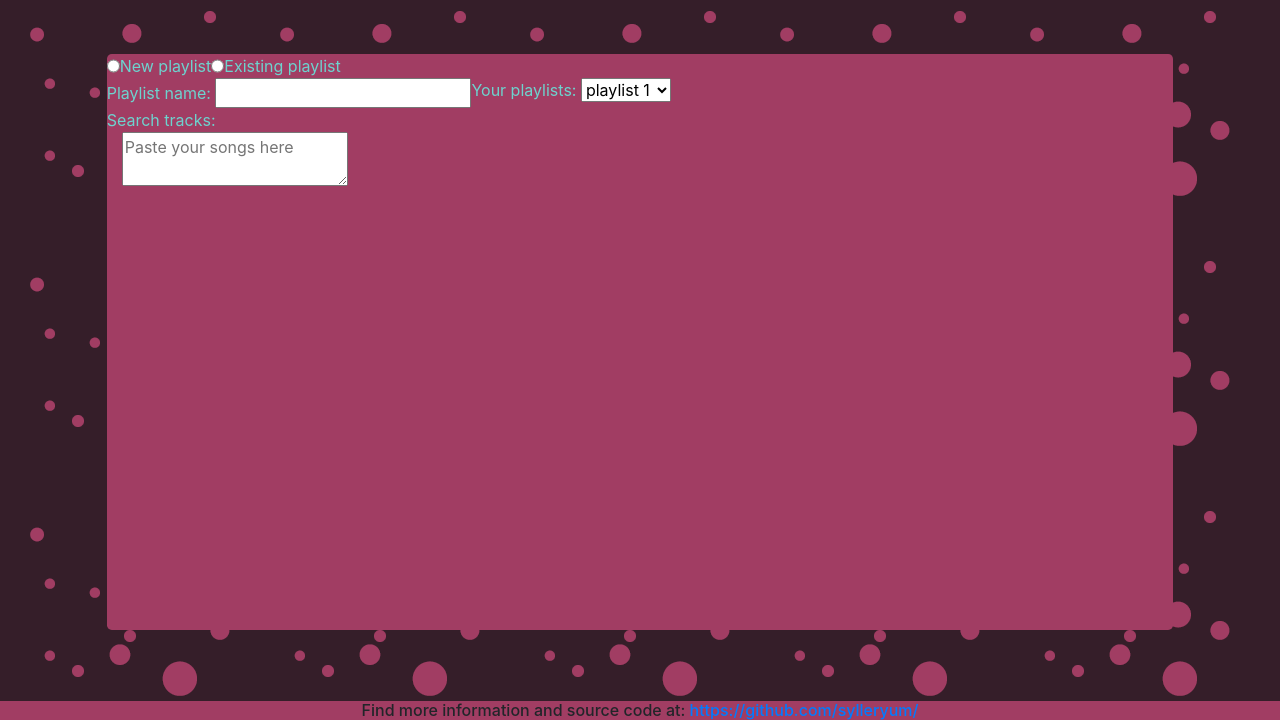
Repository: sylleryum/Frontend
Page: GetTopTracks/index.html
An editor plug-in stored every save of this project. The page is shown before and after a run of saves, followed by the edit.
The browser window is 1280 px wide. The pictures show the whole page.

Above is the page before, as saved 2019-10-13 16:00:21.

### GetTopTracks/index.html
<!doctype html>
<html lang="en">

<head>
     <title>Get top tracks from Artists and albums</title>
     <!-- Required meta tags -->
     <meta charset="utf-8">
     <meta name="viewport" content="width=device-width, initial-scale=1, shrink-to-fit=no">

     <!-- Bootstrap CSS -->
     <link rel="stylesheet" href="https://stackpath.bootstrapcdn.com/bootstrap/4.3.1/css/bootstrap.min.css"
          integrity="sha384-ggOyR0iXCbMQv3Xipma34MD+dH/1fQ784/j6cY/iJTQUOhcWr7x9JvoRxT2MZw1T" crossorigin="anonymous">

     <!-- main CSS-->
     <link rel="stylesheet" href="style.css">

</head>

<body class="background-master">

     <div class="container-fluid h-95">
          <div class="row align-items-center justify-content-center h-95">
               <div class="h-80 col col-md-10 bg-4 text-1 rounded-lg overflow-auto" id="internal-container">
                    <div class="row main-select">
                         <input type="radio" id="rNew" name="playlistRadio" value="new" onchange="radioChecker()">New
                         playlist
                         <input type="radio" id="rExisting" name="playlistRadio" value="existing"
                              onchange="radioChecker()">Existing
                         playlist
                    </div>
                    <div class="row main-playlist">
                         <div id="new-playlist" class="block-style">
                              Playlist name: <input type="text" id="playlistName" name="playlistName" />
                         </div>
                         <div id="existing-playlist" class="block-style">
                              <span>Your playlists:</span>
                              <select name="selectPlaylist">
                                   <option>playlist 1</option>
                                   <option>playlist 2</option>
                                   <option>playlist 3</option>
                                   <option>playlist 4</option>
                                   <!-- <c:forEach var="items" items="${playlists}">
                                        <option value="${items.getId()}">${items.getName()}</option>
                                   </c:forEach> -->
                              </select>
                         </div>
                    </div>
                    <div class="row">
                         Search tracks:
                    </div>
                    <div class="row main-textarea">
                         <div class="col-6">
                              <textarea class="textarea-search" id="searchName" name="searchName"
                                   placeholder="Paste your songs here"></textarea>
                         </div>
                         <div class="col-6"></div>
                    </div>
                    <div class="row"></div>

               </div>

          </div>

     </div>
     <footer class="text-center m-0 p-0 bg-4 footer-clear">
          <h6 class="p-0 m-0 text-w">Find more information and source code at: <a href="https://github.com/sylleryum/">
                    https://github.com/sylleryum/</a></h6>

     </footer>







     <!-- Optional JavaScript -->
     <!-- jQuery first, then Popper.js, then Bootstrap JS -->
     <script src="https://code.jquery.com/jquery-3.3.1.slim.min.js"
          integrity="sha384-q8i/X+965DzO0rT7abK41JStQIAqVgRVzpbzo5smXKp4YfRvH+8abtTE1Pi6jizo"
          crossorigin="anonymous"></script>
     <script src="https://cdnjs.cloudflare.com/ajax/libs/popper.js/1.14.7/umd/popper.min.js"
          integrity="sha384-UO2eT0CpHqdSJQ6hJty5KVphtPhzWj9WO1clHTMGa3JDZwrnQq4sF86dIHNDz0W1"
          crossorigin="anonymous"></script>
     <script src="https://stackpath.bootstrapcdn.com/bootstrap/4.3.1/js/bootstrap.min.js"
          integrity="sha384-JjSmVgyd0p3pXB1rRibZUAYoIIy6OrQ6VrjIEaFf/nJGzIxFDsf4x0xIM+B07jRM"
          crossorigin="anonymous"></script>
</body>

</html>

### GetTopTracks/style.css
.footer-clear{
     width: 100%;
     position: fixed;
     bottom: 0%;
}

.background-master{
     background: url(images/bb.png) repeat;
}

.h-100{
     min-height: 100vh;
 }

 .h-95{
     min-height: 95vh;
 }
.h-80{
     min-height: 80vh;
     max-height: 90vh;
 }

 .bg-1{background: #6dd3ce!important}
 .bg-2{background: #c8e9a0!important}
 .bg-3{background: #f7a278!important}
 .bg-4{background: #a13d63!important}
 .bg-5{background: #351e29!important}

.text-1{color: #6dd3ce!important}
.text-2{color: #c8e9a0!important}
.text-3{color: #f7a278!important}
.text-4{color: #a13d63!important}
.text-5{color: #351e29!important}

After the next 3 saves:
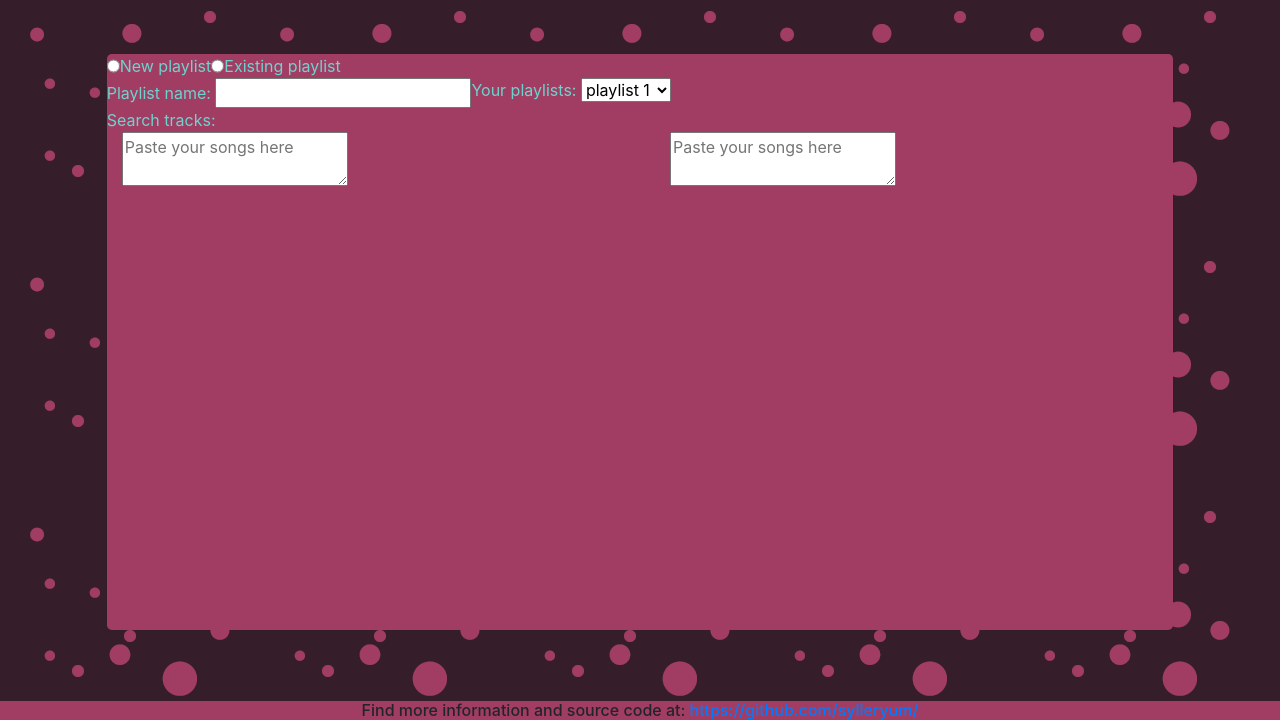
The 3 saves are shown as one change because they came seconds apart.
The last was saved 7 s later.
--- a/GetTopTracks/index.html
+++ b/GetTopTracks/index.html
@@ -53,7 +53,12 @@
                               <textarea class="textarea-search" id="searchName" name="searchName"
                                    placeholder="Paste your songs here"></textarea>
                          </div>
-                         <div class="col-6"></div>
+                         <div class="col-6">
+                              <div class="col-6">
+                                   <textarea class="textarea-search" id="searchName" name="searchName"
+                                        placeholder="Paste your songs here"></textarea>
+                              </div>
+                         </div>
                     </div>
                     <div class="row"></div>
 
